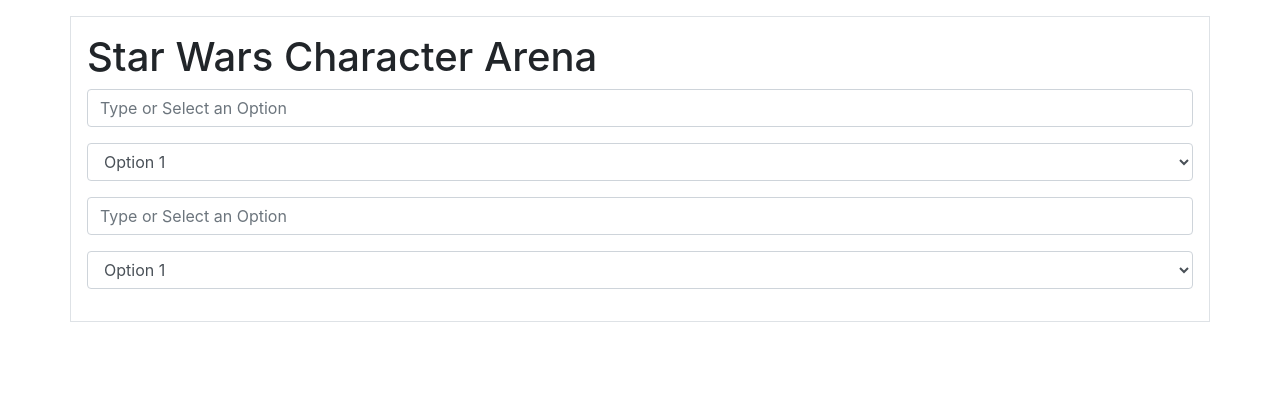
Repository: At-tricks/SW_Character_Arena
Page: client/index.html
An editor plug-in stored every save of this project. The page is shown before and after the next save, followed by the edit.
The browser window is 1280 px wide. The pictures show the whole page.

Above is the page before, as saved 2023-10-27 02:00:16.

### client/index.html
<!DOCTYPE html>
<html lang="en">
<head>
    <meta charset="UTF-8">
    <meta name="viewport" content="width=device-width, initial-scale=1.0">
    <link rel="stylesheet" href="https://cdn.jsdelivr.net/npm/bootstrap@4.6.2/dist/css/bootstrap.min.css">
    <script src="https://ajax.googleapis.com/ajax/libs/jquery/3.7.1/jquery.min.js"></script>
    <script src="https://cdn.jsdelivr.net/npm/popper.js@1.16.1/dist/umd/popper.min.js"></script>
    <script src="https://cdn.jsdelivr.net/npm/bootstrap@4.6.2/dist/js/bootstrap.bundle.min.js"></script>
    <title>Character Arena</title>
</head>
<body>
    <div class="container-lg p-3 my-3 border">
        <div>
            <h1>Star Wars Character Arena</h1>
        </div>
        <div>
            <div class="form-group">
                <input type="text" class="form-control" id="customCharacter1Input" placeholder="Type or Select an Option">
            </div>
            <div class="form-group">
                <select class="form-control" id="Character1Options">
                    <option value="Option 1">Option 1</option>
                    <option value="Option 2">Option 2</option>
                    <option value="Option 3">Option 3</option>
                </select>
            </div>

            <div class="form-group">
                <input type="text" class="form-control" id="customCharacter2Input" placeholder="Type or Select an Option">
            </div>
            <div class="form-group">
                <select class="form-control" id="Character2Options">
                    <option value="Option 1">Option 1</option>
                    <option value="Option 2">Option 2</option>
                    <option value="Option 3">Option 3</option>
                </select>
            </div>
        </div>
    </div>
</body>
</html>

After the next save:
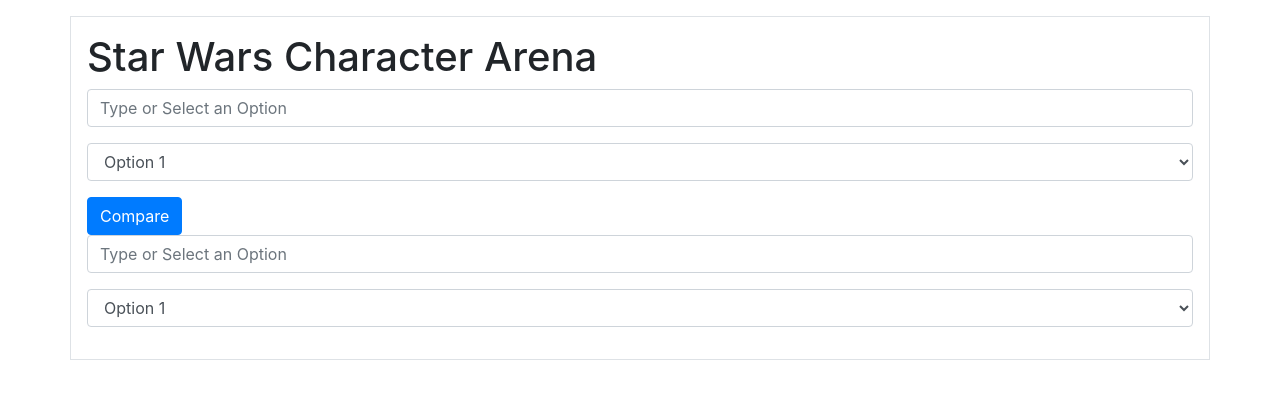
Saved 4 min 54 s later.
--- a/client/index.html
+++ b/client/index.html
@@ -14,7 +14,8 @@
         <div>
             <h1>Star Wars Character Arena</h1>
         </div>
-        <div>
+
+        <div id="compare">
             <div class="form-group">
                 <input type="text" class="form-control" id="customCharacter1Input" placeholder="Type or Select an Option">
             </div>
@@ -25,6 +26,8 @@
                     <option value="Option 3">Option 3</option>
                 </select>
             </div>
+
+            <button class="btn btn-primary">Compare</button>
 
             <div class="form-group">
                 <input type="text" class="form-control" id="customCharacter2Input" placeholder="Type or Select an Option">
@@ -37,6 +40,16 @@
                 </select>
             </div>
         </div>
+
+        <div id="characters">
+            <div id="charcter1">
+                <h2></h2>
+            </div>
+
+            <div id="charcter2">
+
+            </div>
+        </div>
     </div>
 </body>
 </html>
